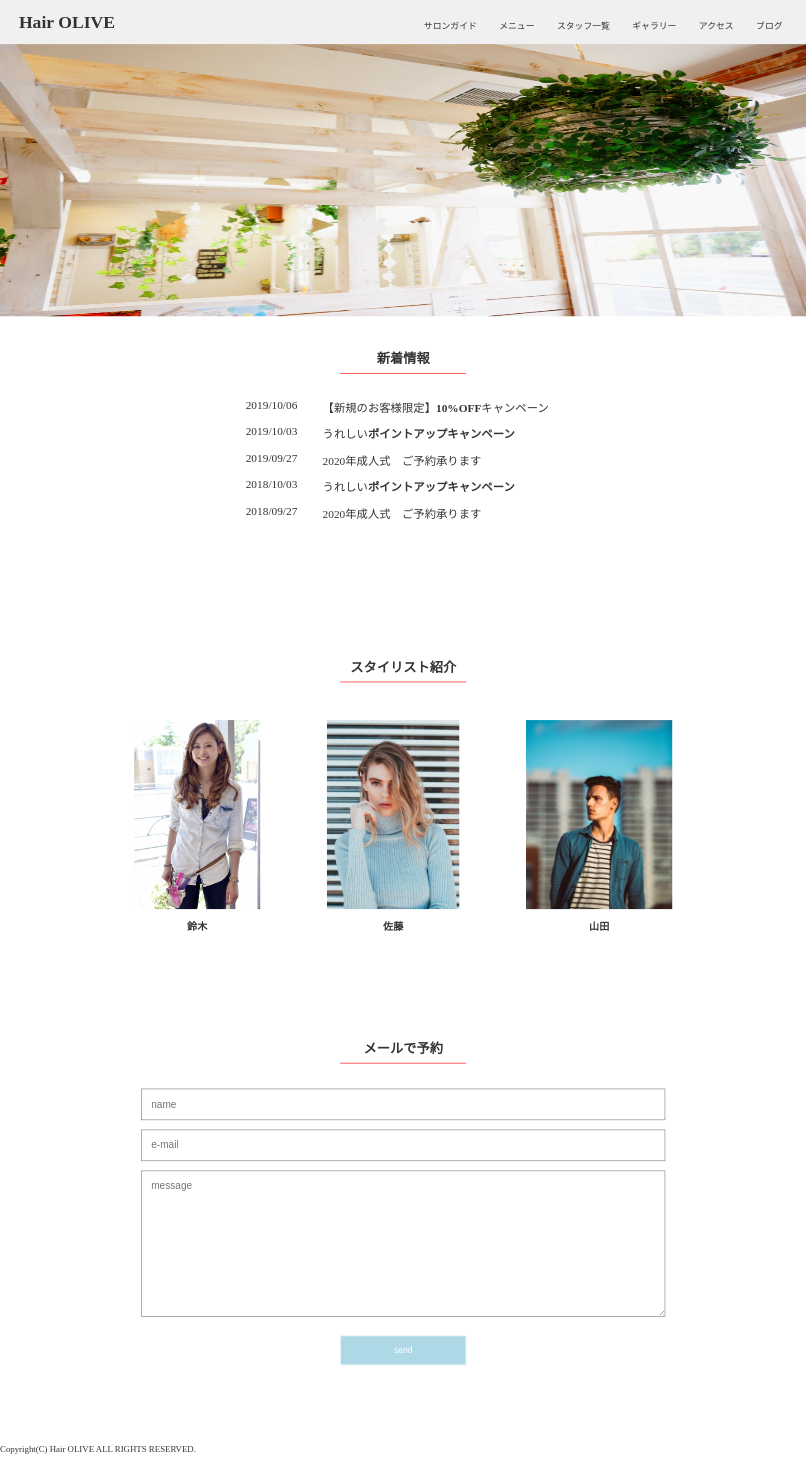
Repository: m-mao/firsa_app
Page: html_css/hair_olive/index.html
The author's editor kept a record of every edit. The page is drawn from the files as they stood at one moment, then again after the next edit.
The browser window is 1280 px wide. The pictures show the whole page, at 63% of full size.

Above is the page before.

### html_css/hair_olive/index.html
<!DOCTYPE HTML>
<html>
  <head>
    <meta charset="UTF-8">
    <link rel="stylesheet" href="style.css">
    <title>Hair OLIVE</title>
  </head>
  <body>
  <header>
      <div class="heading">
        <h1 class="title">Hair OLIVE</h1>
      </div>
      <div class="navbar">
        <ul class="nav-lists">
          <li>サロンガイド</li>
          <li>メニュー</li>
          <li>スタッフ一覧</li>
          <li>ギャラリー</li>
          <li>アクセス</li>
          <li>ブログ</li>
        </ul>
      </div>
  </header>

  <div class="contents">
      <div class="first-view">
        <img src="images/hero.jpg" alt="トップ画面" class="top-image"></img>
      </div>
      <div class="upper-content">
        <h2 class="heading-name">新着情報</h2>
        <ul class="messages">
          <li class="message">
            <div class="message-date">2019/10/06</div>
            <div>【新規のお客様限定】<b>10%OFF</b>キャンペーン</div>
          </li>
          <li class="message">
            <div class="message-date">2019/10/03</div>
            <div>うれしい<b>ポイントアップキャンペーン</b></div>
          </li>
          <li class="message">
            <div class="message-date">2019/09/27</div>
            <div>2020年成人式　ご予約承ります</div>
          </li>
          <li class="message">
            <div class="message-date">2018/10/03</div>
            <div>うれしい<b>ポイントアップキャンペーン</b></div>
          </li>
          <li class="message">
            <div class="message-date">2018/09/27</div>
            <div>2020年成人式　ご予約承ります</div>
          </li>
        </ul>
      </div>
      <div class="middle-content">
        <h2 class="heading-name">スタイリスト紹介</h2>
        <ul class="stylist-list">
          <li>
            <img src="images/staff1.jpg" alt="staff1" class=stylist-image>
            <h4 class="stylist-name">鈴木</h4>
          </li>
          <li>
            <img src="images/staff2.jpg" alt="staff2" class=stylist-image>
            <h4 class="stylist-name">佐藤</h4>
          </li>
          <li>
            <img src="images/staff3.jpg" alt="staff3" class=stylist-image>
            <h4 class="stylist-name">山田</h4>
          </li>
        </ul>
      </div>
      <div class="bottom-content">
        <form class="contact-form">
          <h2 class="heading-name">メールで予約</h2>
          <input type="text" placeholder="name" class="small-field">
          <input type="text" placeholder="e-mail" class="small-field">
          <textarea placeholder="message" class="large-field"></textarea>
          <input type="submit" value="send" class="send"/>
        </form>
        <!-- 『フォーム』を表示する -->
      </div>
    </div>
    <footer>
      <p>Copyright(C) Hair OLIVE ALL RIGHTS RESERVED.</p>
    </footer>
  </body>
</html>

### html_css/hair_olive/style.css
/* リセットCSS */
body {
  font-size: 14px;
  color: #333;
  margin: 0 auto;
}
h1,h2,h3,h4,h5,h6,p {
  padding: 10px 0;
  margin: 0;
}

ul,li {
  padding: 0;
  margin: 0;
}

/* ヘッダー */
header {
    height: 50px;
    background-color: #f0f0f0;
    padding: 10px 0;
    display: flex;
}

.heading {
    width: 50%;
    margin-left: 30px;
}

.navbar {
    width: 50%;
    padding: 20px;
}

.nav-lists {
    display: flex;
    justify-content: space-around;
}

li {
    list-style: none;
}

/* first-viewクラスからbottom-contentクラスまでの要素の親要素*/
.contents {
    background-color: white;
}

.first-view {
    height: 60vh;
    background-color: pink;
}

.top-image {
    height: 100%;
    width: 100%;
}

/* 新着情報 */
.upper-content {
    height:450px;
    margin: 0 160px;
}

.heading-name {
    text-align: center;
    border-bottom: 1px solid red;
    width: 200px;
    margin: 40px auto;
}

.messages {
    width: 50vw;
    margin: 0 auto;
}

.message {
    display: flex;
    font-size: 18px;
    margin: 0 0 16px 70px;
}

.message-date {
    padding-right: 40px;
}

/* スタイリスト紹介 */
.middle-content {
    height:450px;
    margin: 0 160px;
}

.stylist-list {
    display: flex;
    justify-content: space-around;
    margin: 60px 0;
}

.stylist-image {
    height: 300px;
}

.stylist-name {
    font-size: 16px;
    text-align: center;
}

/* フォーム */
.bottom-content {
    height:800px;
    margin: 0 160px;
    display: flex;
    justify-content: center;
    align-items: center;
}

.small-field,
.large-field {
  width: 800px;
  font-size: 16px;
  padding: 15px;
  border: 1px solid gray;
  display: block;
}

.small-field {
  margin: 0 auto 15px;
}

.large-field {
  height: 200px;
  margin: 0 auto 30px;
  font-family: 'Arial',sans-serif;
}

.send {
  width: 200px;
  margin: 0 auto;
  padding: 15px;
  border: 1px solid white;
  background-color: lightblue;
  color:white;
  display: block;
}

/* フッター */
footer {
    height:50px;
    background-color: white;
}

After the next edit:
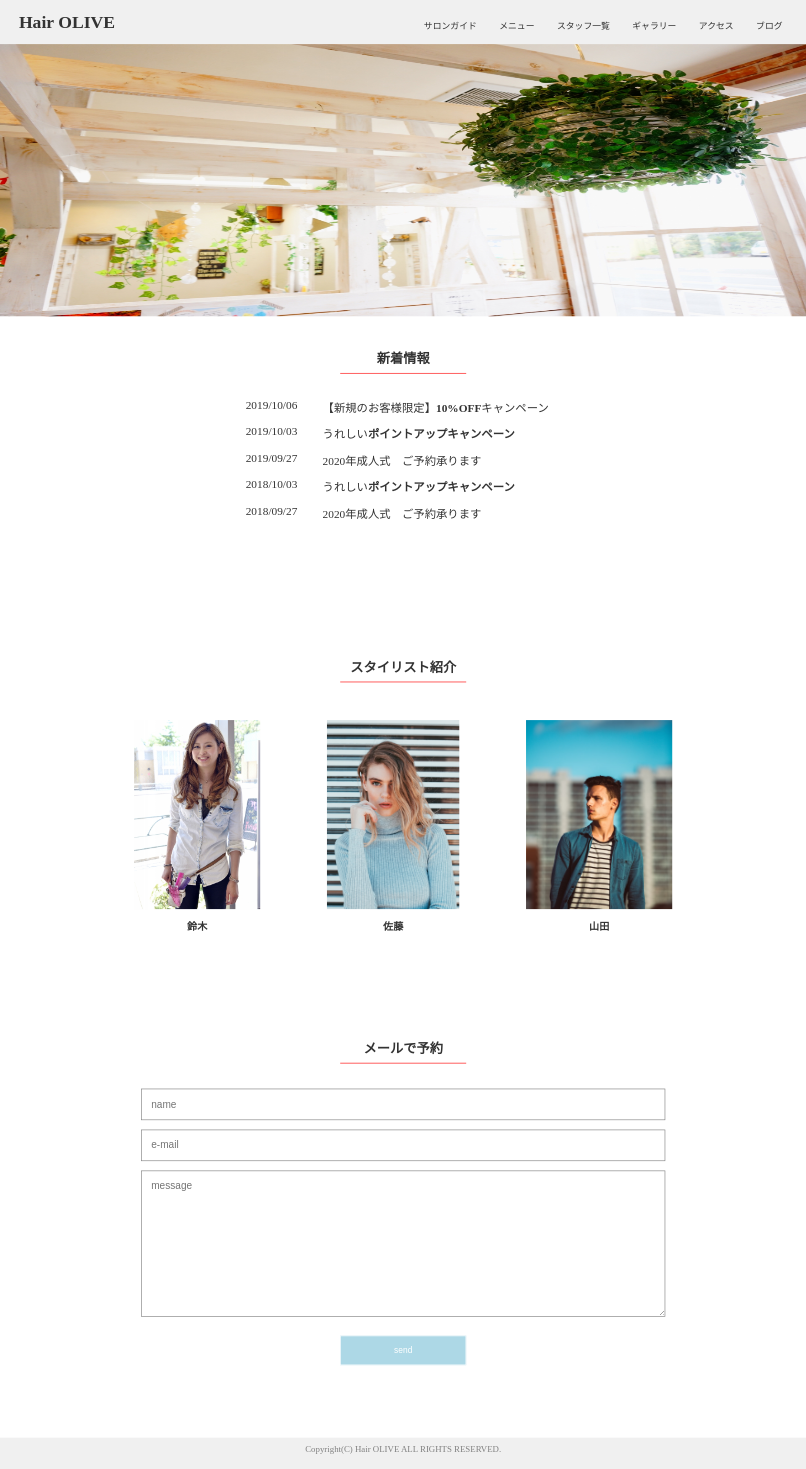
The edit:
--- a/html_css/hair_olive/style.css
+++ b/html_css/hair_olive/style.css
@@ -146,5 +146,7 @@
 /* フッター */
 footer {
     height:50px;
-    background-color: white;
+  background-color: #f0f0f0;
+  text-align: center;
+  color: gray;
 }
